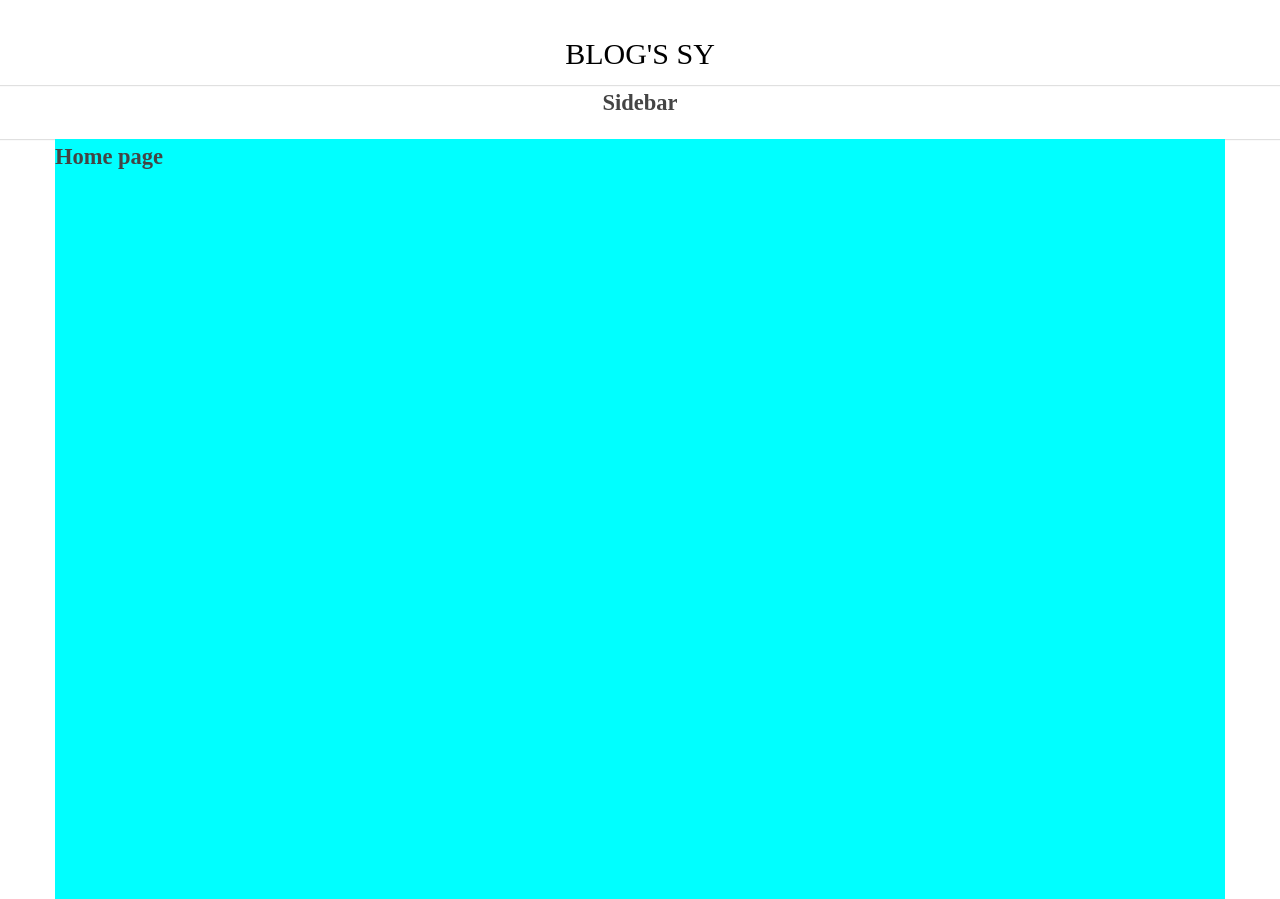
Repository: SyLe-Van/Make-Colorful
Page: /
An editor plug-in stored every save of this project. The page is shown before and after the next save, followed by the edit.
The browser window is 1280 px wide. The pictures show the whole page.
Some web fonts or font styles are not loaded; a fallback is used. The project was rebuilt for these pictures with package versions that can differ from the ones it lists, and the page was loaded fresh each time. Also part of the build but not shown: src/pages/cinema/index.js, src/pages/fashion/index.js, src/pages/grooming/index.js, src/pages/lifestyle/index.js, src/pages/contact/index.js.

Above is the page before, as saved 2023-10-10 21:41:12.

### src/index.js
import React from 'react';
import ReactDOM from 'react-dom/client';
import App from '~/App';
import reportWebVitals from './reportWebVitals';
import GlobalStyles from '~/components/GlobalStyles';
const root = ReactDOM.createRoot(document.getElementById('root'));
root.render(
    <React.StrictMode>
        <GlobalStyles>
            <App />
        </GlobalStyles>
    </React.StrictMode>,
);

// If you want to start measuring performance in your app, pass a function
// to log results (for example: reportWebVitals(console.log))
// or send to an analytics endpoint. Learn more: https://bit.ly/CRA-vitals
reportWebVitals();

### src/App.js
import { BrowserRouter as Router, Routes, Route } from 'react-router-dom';
import Home from '~/pages/home';
import Cinema from '~/pages/cinema';
import Fashion from '~/pages/fashion';
import Grooming from '~/pages/grooming';
import LifeStyle from '~/pages/lifestyle';
import { publicRoutes } from './routes';
import { Component } from 'react';
import { DefaultLayout } from '~/components/Layout';
import { Fragment } from 'react';
function App() {
    return (
        <Router>
            <div className="App">
                <Routes>
                    {publicRoutes.map((route, index) => {
                        const Layout = route.layout === null ? Fragment : DefaultLayout;
                        const Page = route.component;
                        return (
                            <Route
                                key={index}
                                path={route.path}
                                element={
                                    <Layout>
                                        <Page />
                                    </Layout>
                                }
                            />
                        );
                    })}
                </Routes>
            </div>
        </Router>
    );
}

export default App;

### src/routes/index.js
import Home from '~/pages/home';
import Cinema from '~/pages/cinema';
import Fashion from '~/pages/fashion';
import Grooming from '~/pages/grooming';
import LifeStyle from '~/pages/lifestyle';
import Contact from '~/pages/contact';
// dont need login to view
const publicRoutes = [
    { path: '/', component: Home },
    { path: '/cinema', component: Cinema },
    { path: '/fashion', component: Fashion },
    { path: '/grooming', component: Grooming },
    { path: '/lifestyle', component: LifeStyle },
    { path: '/contact', component: Contact, layout: null },
];

const privateRoutes = [];

export { publicRoutes, privateRoutes };

### src/components/GlobalStyles/GlobalStyles.scss
@import 'normalize.css';
@import url('https:; //fonts.googleapis.com/css2?family=Lato:ital,wght@0,400;0,700;1,400;1,700&family=Montserrat:ital,wght@0,400;0,700;1,400;1,700&family=Playfair+Display&family=Poppins:wght@300;400;600;700&display=swap');

:root {
    --primary: #f6f6f6;
}

* {
    box-sizing: border-box;
    margin: 0;
    padding: 0;
}
html {
    font-size: 40px;
}
body {
    font-family: 'Playfair Display', serif;
    line-height: 1.6;
    color: #444;
    font-size: 15px;
    text-rendering: optimizeSpeed;
}

### src/components/Layout/DefaultLayout/index.js
import Header from './Header';
import classNames from 'classnames/bind';
import styles from './DefaultLayout.module.scss';
import Sidebar from './Sidebar';

const cx = classNames.bind(styles);
function DefaultLayout({ children }) {
    return (
        <div className={cx('wrapper')}>
            <Header />
            <Sidebar />
            <div className={cx('container')}>
                <div className={cx('contain')}>{children}</div>
            </div>
        </div>
    );
}

export default DefaultLayout;

### src/components/Layout/DefaultLayout/Header/index.js
import styles from './Header.module.scss';
import classNames from 'classnames/bind';

const cx = classNames.bind(styles);

function Header() {
    return (
        <header className={cx('wrapper')}>
            <div className={cx('inner')}>BLOG'S SY</div>
        </header>
    );
}

export default Header;

### src/components/Layout/DefaultLayout/DefaultLayout.module.scss
.wrapper {
    display: flex;
    flex-direction: column;
    align-items: center;
}
.container {
    width: 1170px;
    height: 760px;
    background-color: aqua;
}

### src/components/Layout/DefaultLayout/Sidebar/index.js
import styles from './Sidebar.module.scss';
import classNames from 'classnames/bind';

const cx = classNames.bind(styles);

function Sidebar() {
    return (
        <aside className={cx('wrapper')}>
            <h2>Sidebar</h2>
        </aside>
    );
}

export default Sidebar;

### src/components/Layout/DefaultLayout/Header/Header.module.scss
.wrapper {
    height: 85px;
    width: 100%;
    box-shadow: 0px 1px 1px rgb(0 0 0 / 12%);
    display: flex;
    justify-content: center;
    padding-top: 30px;
    padding-bottom: 20px;
}
.inner {
    color: #000000;
    font-size: 30px;
    margin: 0 auto;
    display: flex;
    justify-content: center;
}

### src/components/Layout/DefaultLayout/Sidebar/Sidebar.module.scss
.wrapper {
    height: 54px;
    width: 100%;
    box-shadow: 0px 1px 1px rgb(0 0 0 / 12%);
    display: flex;
    justify-content: center;
}

.contener {
    width: 1170px;
    display: flex;
}

.content {
    flex: 1;
    background-color: aliceblue;
}

Loaded but not shown: public/index.html (common file); src/reportWebVitals.js (common file); src/components/GlobalStyles/index.js (common file); src/pages/home/index.js (common file); src/components/Layout/index.js (common file)

After the next save:
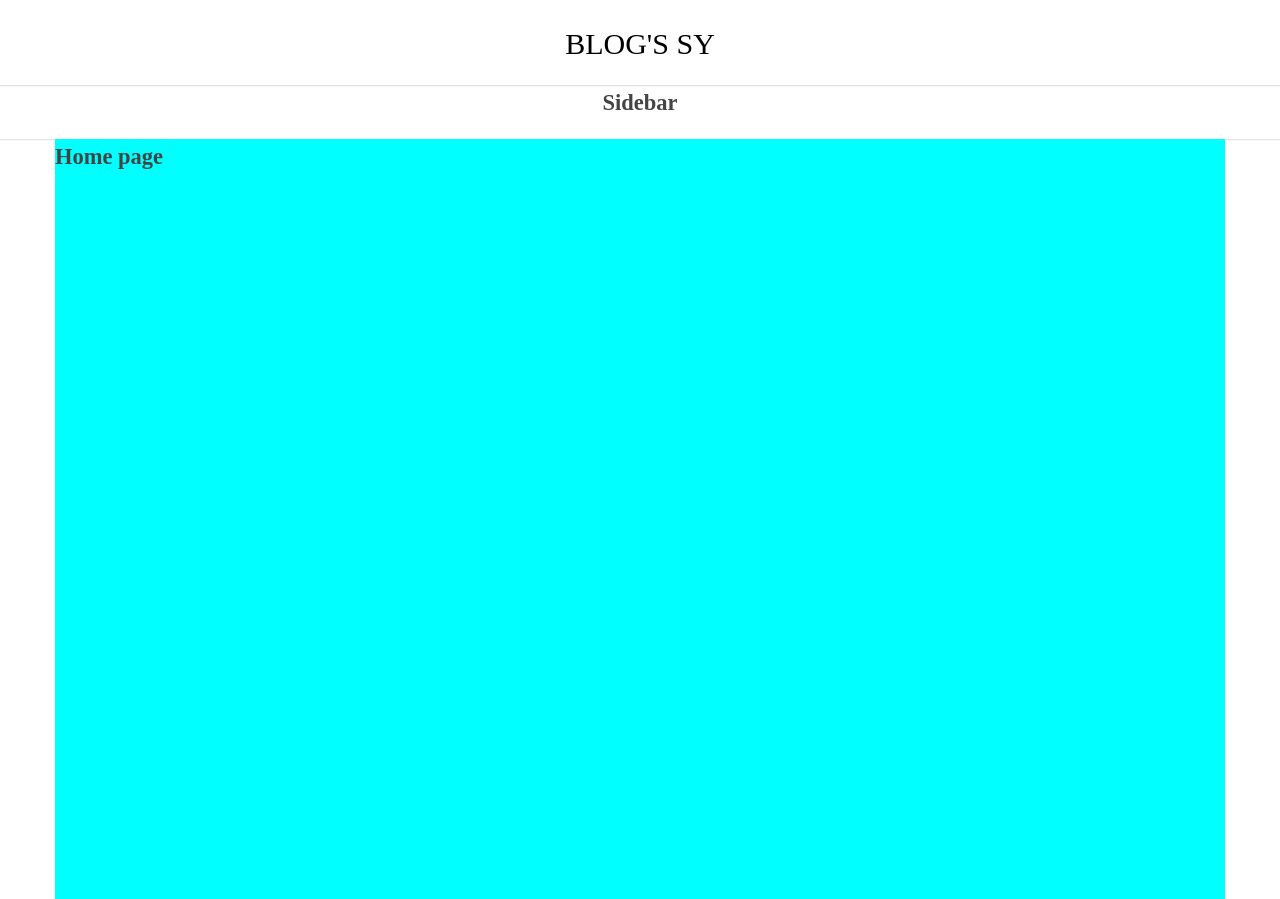
Saved 34 s later.
--- a/src/components/Layout/DefaultLayout/Header/Header.module.scss
+++ b/src/components/Layout/DefaultLayout/Header/Header.module.scss
@@ -4,7 +4,7 @@
     box-shadow: 0px 1px 1px rgb(0 0 0 / 12%);
     display: flex;
     justify-content: center;
-    padding-top: 30px;
+    padding-top: 20px;
     padding-bottom: 20px;
 }
 .inner {
